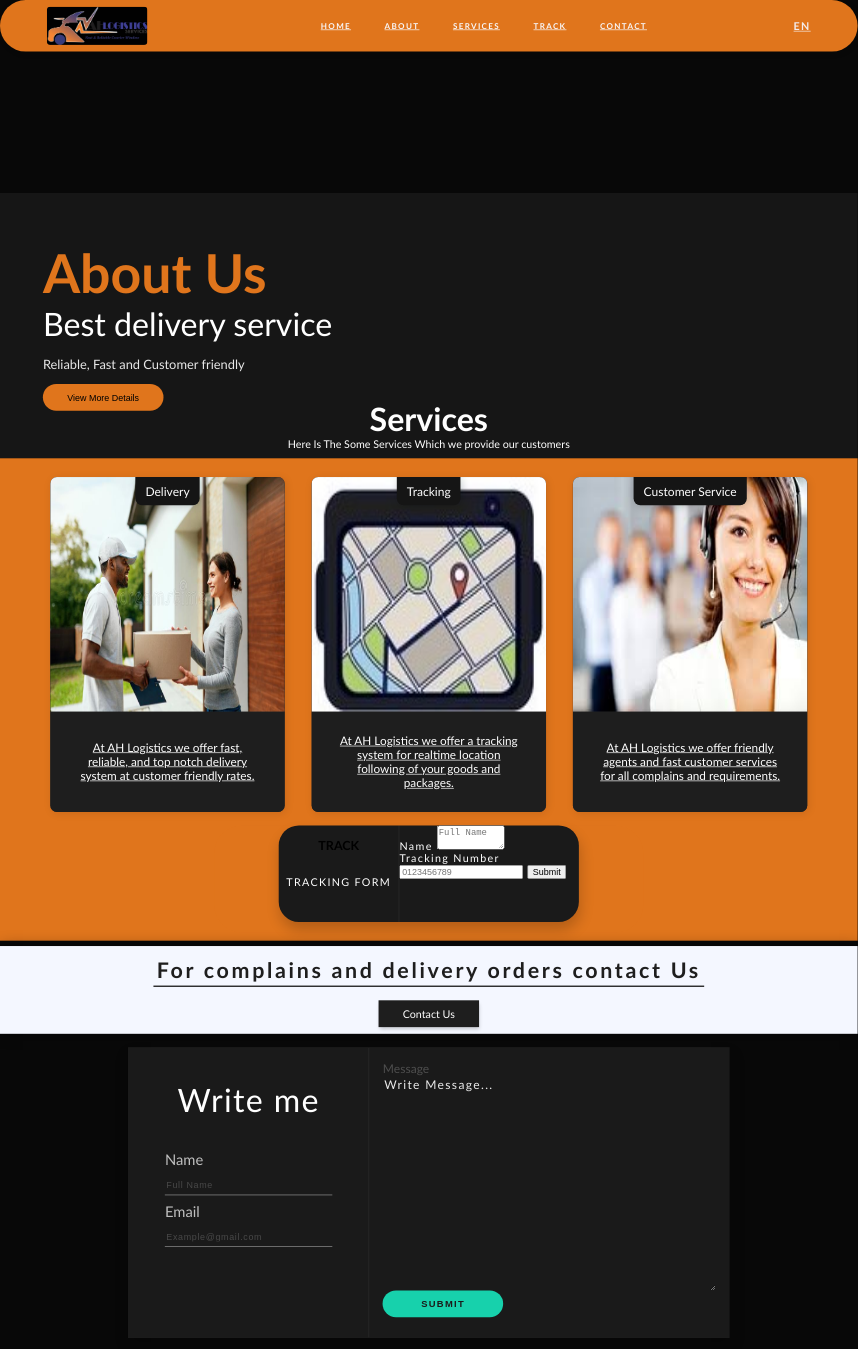
Repository: TheSecretlifeOfX/Ah-Logistics
Page: index.html
These files come from the project's save history. The page is drawn as it stood at one moment and after the next save; the edit follows.
The browser window is 1280 px wide. The pictures show the whole page, at 67% of full size.

Above is the page before, as saved 2022-03-02 15:27:05.

### index.html
<html>
<head>
<meta charset="utf-8">
<meta http-equiv="X-UA-Compatible" content="IE-edge">
<meta name="viewport" content="width=device-width, intial-scale=1.0">
<title>Logistics Website</title>
<link rel="stylesheet" href="./css/home.css">
</head>
<body>
<section id="main">
	<nav>
	<a href="#" class="logo"><img src="images/logo.jpg"></a>
	<div class="toggle"></div>
	<ul class="menu">
	<li class="active"><a href="#main" >Home</a></li>
	<li><a href="#about">About</a></li>
	<li><a href="#services">Services</a></li>
	<li><a href="#Tracking-Form">Track</a></li>
    <li><a href="#contact-form">Contact</a></li>
	</ul>
	<a href="#" class="lang">En</a>
	</nav>
    </section>
</div>
<section id="about">
	<div class="about-text">
	<h1>About Us</h1>
	<h2>Best delivery service</h2>
	<p>Reliable, Fast and Customer friendly</p>
	<button>View More Details</button>
	</div>
</section>
<section id="services">
<div class="s-heading">
<h1>Services</h1>
<p>Here Is The Some Services Which we provide our customers</p>
</div>
<div class="b-container">
<div class="s-box">
<div class="s-b-img">
    <div class="s-type">Delivery</div>
    <img src="images/delivery.jpg">
</div>
<div class="s-b-text">
<a href="#">At AH Logistics we offer fast, reliable, and top notch delivery system at customer friendly rates.</a>
</div>
</div>
<div class="s-box">
<div class="s-b-img">
    <div class="s-type">Tracking</div>
    <img src="images/track.jpg">
</div>
<div class="s-b-text">
<a href="#">At AH Logistics we offer a tracking system for realtime location following of your goods and packages.</a>
</div>
</div>
<div class="s-box">
<div class="s-b-img">
    <div class="s-type">Customer Service</div>
    <img src="images/customer.jpg">
</div>
<div class="s-b-text">
<a href="#">At AH Logistics we offer friendly agents and fast customer services for all complains and requirements.</a>
</div>
</div>
</div>
</div>
<section id=Tracking-Form>
<form>
<div class="Track-left">
<h1 class="T-Heading">Track</h1>
<p class=T-2-Body>Tracking Form</p></div>
<div class="Track-right">
	<div class="C-Name">
	<font >Name</font>
	<textarea name="message" rows="2" cols="10" placeholder="Full Name"></textarea>
	<div class="f-Num">
		<font >Tracking Number</font>
		<input type="Number" placeholder="0123456789"/>
	<button>Submit</button>
</section>
</form>
<section id="contact-btn">
	<h1 class="c-b-heading">For complains and delivery orders contact Us</h1>
		<button >Contact Us</button>
	</section>
<!--contact-form------------------->
<section id="contact-form">
<form>
<!--left--------------------------------------->
<div class="contact-left">
<h1 class="c-l-heading">Write me</h1>
<div class="f-name">
<font >Name</font>
<input type="text" placeholder="Full Name"/>
</div>
<div class="f-email">
<font >Email</font>
<input type="email" placeholder="Example@gmail.com"/>
</div>
</div>
<div class="contact-right">

<div class="message">
<font >Message</font>
<textarea name="message" rows="5" cols="20" placeholder="Write Message..."></textarea>
<button>Submit</button>
</div>
</form>
</section>
</section>
</body>
</html>

### css/home.css
body{
	margin:0px;
	padding:0px;
	background-color: #080808;
	background-size: 100%;
	min-height: 100vh;
	}
	#main{
		width:100%;
		height: 40vh;
		}
		nav{
			display:flex;
			justify-content: space-between;
			align-items: center;
			text-transform: uppercase;
			font-weight: 600;
			letter-spacing: 2px;
			font-family: calibri;
			top: 0;
			left: 10px;
			width:100%;
			box-sizing: border-box;
			padding: 5px 70px;
			background-color:#e0751c;
			box-shadow:2px 2px 12px rgba(0,0,0,0.05);
			z-index: 1;
			border-radius: 50px;
			}
			.menu{
			display: flex;

			}
			.menu li a{
			padding: 10px 25px;
			color:#f8f8fa;
			font-size: 12px;
			display:inline-block;
			}
			li{display:inline-block}
			.lang{
			color:#f3ecec;
			}
			.logo > img {
				width: 100%;
				height: 100%;
				max-width: 150px;
				display: flex;
				justify-content: center;
				align-items: center;
				text-align: center;
				margin-left: 0px;
				border-radius: 5px;
				 }
			.toggle{
			display: none;
			}
			.menu li a:hover{
			background-color:#292929;
			color:#FFF!important;
			font-weight: bold;
			transition: all ease 0.4s;
			}
			.lang:hover{
				background-color:#292929;
			color:#FFF!important;
			font-weight: bold;
			transition: all ease 0.4s;
			}
			#about{
				width:100%;
				height: 55vh;
				background-color:#161616;
				box-sizing: border-box;
				display: flex;
				align-items: center;
				justify-content: space-between;
				padding: 0px 5% 0px 5%;
			}
			.about-text{
				font-family: calibri;
				width: 50%;
			}
			.about-text h1{
				font-size: 5rem;
				color:#e0751c;
			}
			.about-text h2{
				font-size: 3rem;
				color:#FFFFFF;
				font-weight: 400;
			}
			.about-text h1,h2{
				margin: 0px;
				padding: 0px;
			}
			.about-text p{
				font-size: 1.2rem;
				color:rgba(255,255,255,0.90);

			}
			.about-text button{
				width: 180px;
				height: 40px;
				border-radius: 20px;
				border: none;
				outline: none;
				background-color:#e0751c;
			}
			.about-text button:hover{
				background-color: #FFFFFF;
				transition: all ease 0.3s;
			}
			#services{
				width:100%;
			height:100vh;
			box-sizing: border-box;
			font-family: calibri;
			display: flex;
			flex-direction: column;
			align-items: center;
			justify-content: center;
			padding-top: 500px ;
			background-color:#e0751c;
		}

		.s-heading h1{
			color:#FFFFFF;
			font-size: 3rem;
			margin: 0px;
			padding: 0px;

		}
		.s-heading p{
			color:rgb(255, 255, 255);
			font-size: 1rem;
			margin: 0px;
			padding: 0px;
		}
		.s-heading{
			text-align: center;
			margin: 20px 0px;
		}
		.s-box{
			background-color: #2B2B2B;
			width:350px;
			height: 500px;
			margin: 20px;
			border-radius: 10px;
			overflow: hidden;
			box-shadow: 2px 2px 12px rgba(0,0,0,0.1);
			position: relative;
		}
		.b-container{
			display: flex;
			justify-content: center;
			align-content: center;


		}
		.s-b-img{
			width: 100%;
			height: 70%;

		}
		.s-b-img img{
			width:100%;
			height: 100%;

		}
		.s-b-text{
			width: 100%;
			height: 30%;
			background-color:#1E1E1E;
			display:flex;
			justify-content: center;
			align-items: center;
			text-align: center;
		}
		.s-b-text a{
			margin: 0px;
			color:#FFFFFF;
			font-size: 1.1rem;
			font-family: calibri;
			display: block;
			display: -webkit-box;
			max-width: 80%;
			-webkit-line-clamp: 4;
			-webkit-box-orient: vertical;
			overflow: hidden;
			text-overflow: ellipsis;
		}
		.s-b-text a:hover{
			color:rgba(255,255,255,0.50)
		}
		.s-type{
			font-family: calibri;
			color:#FFFFFF;
			background-color: #151515;
			padding: 10px 15px;
			position: absolute;
			top: 0px;
			left: 50%;
			transform: translateX(-50%);
			font-size: 18px;
			border-radius: 0px 0px 10px 10px;
			box-shadow: 2px 2px 12px rgba(0,0,0,0.2);
		}
		.s-box:hover{
			transform:translateY(-10px);
			transition: all ease 0.3s;

		}
		#Tracking-Form{
			width: 50%;
			height: 100vh;
			display: flex;
			justify-content: center;
			align-items: center;
			background-color:#e0751c;
			border-radius: 40px;
		}
		#Tracking-Form form{
			display: flex;
			width: 70%;
			height: 20vh;
			background-color: #1A1A1A;
			box-shadow: 2px 12px 20px rgba(0,0,0,0.2);
			border-radius: 30px
		}
		.Track-left{
			width: 40%;
			height: 100%;
			display: flex;
			flex-direction: column;
			align-items: center;
			text-transform: uppercase;
		}
		.Track-right{
			width: 60%;
			height: 100%;
			box-sizing: border-box;
			display: flex;
			flex-direction: column;
			justify-content: space-between;
			border-left: 1px solid rgba(255,255,255,0.08);
		}
		.contact-right button{
			width: 100%;
			height: 50px;
			background-color: #e0751c;
			font-weight: bold;
			outline: none;
			border: none;
			margin: 0px;
			color:#1B1B1B;
			font-size: 14px;
			text-transform: uppercase;
			letter-spacing: 2px;
		}
		.T-l-Heading{
			font-family: calibri;
			color:#aa0f0f;
			font-size: 2rem;
			letter-spacing: 2px;
			font-weight: 250;
			}
		.T-2-body{
			font-family: calibri;
			color:#FFFFFF;
			font-size: 1rem;
			letter-spacing: 2px;
			font-weight: 200;
		}
		.C-Name{
			font-family: calibri;
			color:#FFFFFF;
			font-size: 1rem;
			letter-spacing: 2px;
			font-weight: 200;
		}
		.F-Num{
			font-family: calibri;
			color:#FFFFFF;
			font-size: 1rem;
			letter-spacing: 2px;
			font-weight: 200;
		}
		#contact-btn{
			width: 100%;
			display: flex;
			flex-direction: column;
			justify-content:center;
			align-items: center;
			height: 200px;
			background-color: #F4F7FF;
			margin: 20px 0px;
			box-sizing: border-box;
			box-shadow:2px 0px 20px rgba(0,0,0,0.4);
		}
		.c-b-heading{
			font-size: 2rem;
			color:#1E1E1E;
			font-family: calibri;
			margin: 10px;
			padding: 5px;
			letter-spacing: 4px;
			border-bottom: 2px solid #1E1E1E;

		}
		#contact-btn button{
			color:#FFFFFF;
			font-size: 1rem;
			font-family: calibri;
			width:150px;
			height: 40px;
			margin: 10px;
			background-color: #1E1E1E;
			border: none;
			outline: none;
			box-shadow: 2px 5px 6px rgba(0,0,0,0.2);
		}
		#contact-btn button:hover{
			background-color: #17d1ac;
			color:#000000;
			transition: all ease 0.5s;
			font-weight: bold;
		}
		#contact-form{
			width: 100%;
			height: 90vh;
			display: flex;
			justify-content: center;
			align-items: center;

		}
		#contact-form form{
			display: flex;
			width: 70%;
			height: 60vh;
			background-color: #1A1A1A;
			box-shadow: 2px 12px 20px rgba(0,0,0,0.2);
			border: 1px solid rgba(255,255,255,0.01)
		}

		.contact-left{
			width: 40%;
			height: 100%;
			display: flex;
			flex-direction: column;
			align-items: center;
		}
		.contact-right{
			width: 60%;
			height: 100%;
			box-sizing: border-box;
			display: flex;
			flex-direction: column;
			justify-content: space-between;
			border-left: 1px solid rgba(255,255,255,0.08);
		}
		.contact-right button{
			width: 100%;
			height: 50px;
			background-color: #e0751c;
			font-weight: bold;
			outline: none;
			border: none;
			margin: 0px;
			color:#1B1B1B;
			font-size: 14px;
			text-transform: uppercase;
			letter-spacing: 2px;

		}
		.c-l-heading{
			font-family: calibri;
			color:#FFFFFF;
			font-size: 3rem;
			letter-spacing: 2px;
			font-weight: 400;

		}
		.f-name,.f-email{
			display: flex;
			flex-direction: column;
			font-family: calibri;

		}
		.f-name font,.f-email font{
			color:#BFBFBF;
			font-size: 22px;
		}
		.f-name input,.f-email input{
			height: 30px;
			width:250px;
			border: none;
			outline: none;
			background-color:transparent;
			border-bottom: 1px solid #929292;
			color:#FFFFFF;
			margin: 10px 0px;
		}
		.f-email input::placeholder,
		.f-name input::placeholder{
			opacity: 0.5;
			letter-spacing: 1px;
		}
		.f-email input:focus,
		.f-name input:focus{
			border-bottom: 1px solid #0d0e0d;
			transition: all ease 0.5s;
		}.message font{
			font-size: 18px;
			color:#4E4E4E;
			font-family: calibri;

		}
		.message{
			margin: 20px;
		}
		.contact-right textarea{
			width: 100% !important;
			height: 320px !important;
			border: none;
			outline: none;
			background-color:transparent;
			box-sizing: border-box;
			color:#EBEBEB;
			font-size: 16px;
		}
		.contact-right textarea::placeholder{
			color:#EBEBEB;
			font-size: 18px;
			letter-spacing: 2px;
			font-family: calibri;
		}
		.contact-right button:active{
			transform: scale(1.04);
			transition: all ease 0.1s;
		}
		.message button{
			width: 180px;
			height: 40px;
			border-radius: 20px;
			border: none;
			outline: none;
			background-color:#17d1ac;
		}
		  .message button:hover{
			background-color: #d8d8e4;
			transition: all ease 0.3s;
		  }

After the next save:
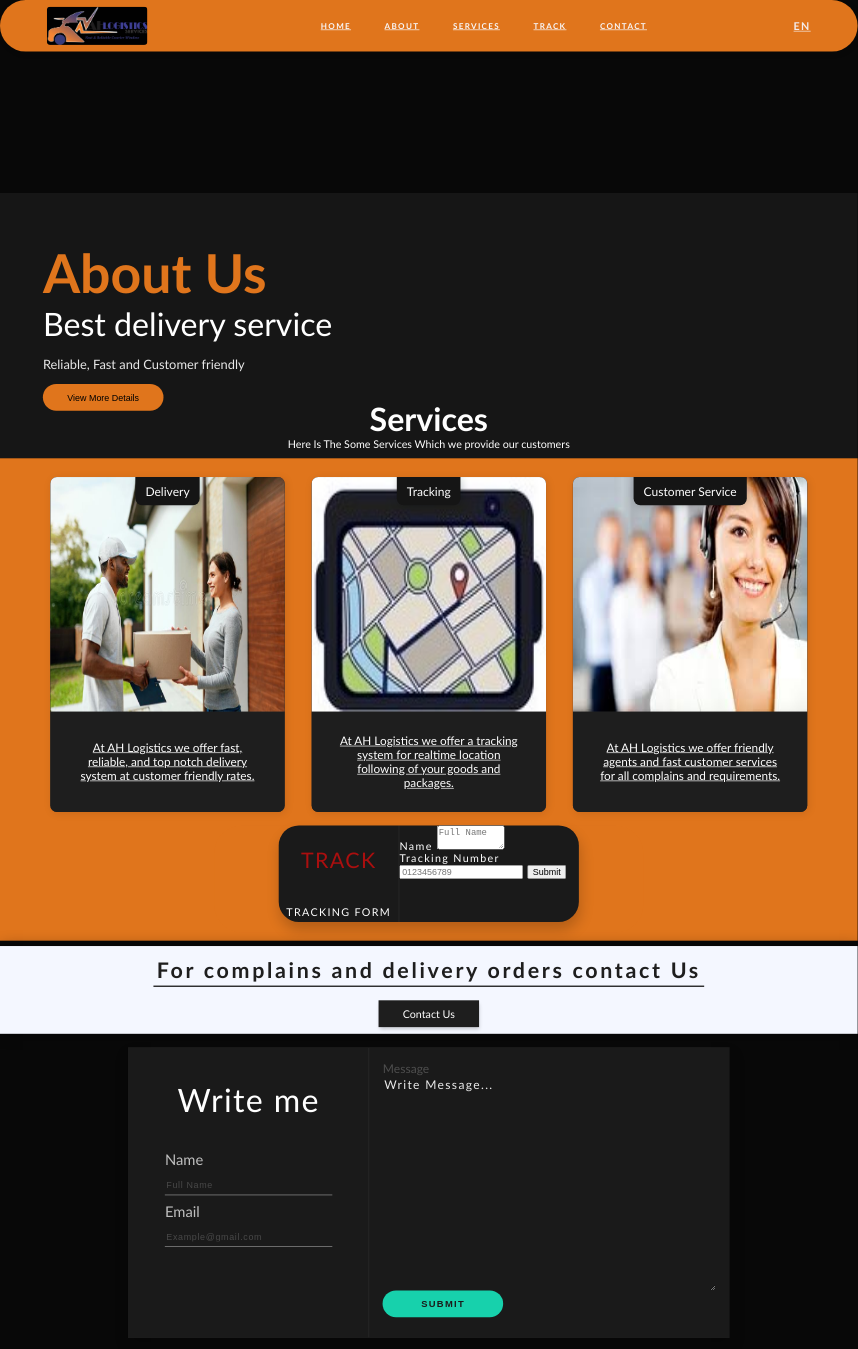
Saved 4 s later.
--- a/css/home.css
+++ b/css/home.css
@@ -258,7 +258,7 @@ body{
 			text-transform: uppercase;
 			letter-spacing: 2px;
 		}
-		.T-l-Heading{
+		.T-Heading{
 			font-family: calibri;
 			color:#aa0f0f;
 			font-size: 2rem;
